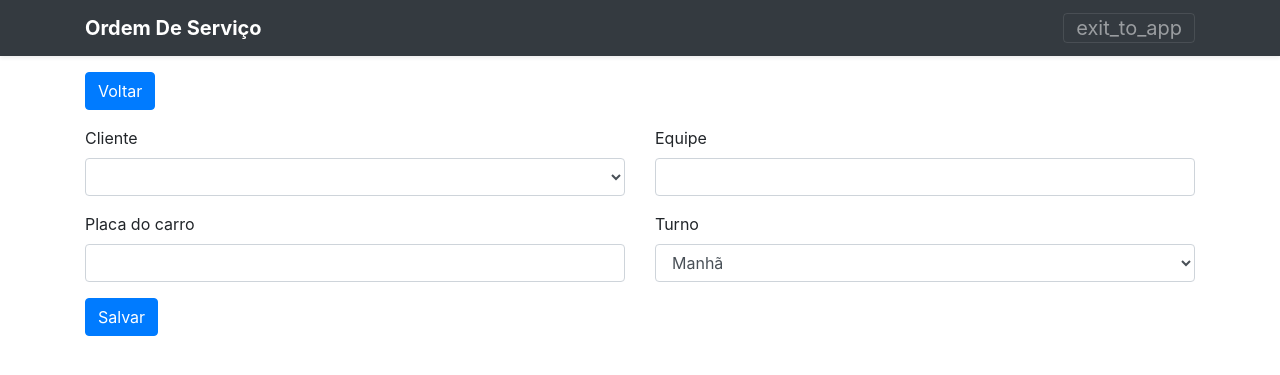
Repository: rodrigogermano/PGPARQ01C1.2N.P1.JAVA
Page: http://localhost/AppManutencaoWEB/WEB-INF/jsp/ordemdeservico/novo.jsp
An editor plug-in stored every save of this project. The page is shown before and after the next save, followed by the edit.
The browser window is 1280 px wide. The pictures show the whole page.
The page is served by Tomcat 9. Nobody is signed in. Other server files are loaded and not shown. The template is opened directly, without the code that normally fills it, so the values that code supplies are empty.

Above is the page before, as saved 2020-04-12 23:02:04.

### AppManutencaoWEB/AppManutencaoWEB/src/main/webapp/WEB-INF/jsp/ordemdeservico/novo.jsp
<%@ page language="java" contentType="text/html; charset=ISO-8859-1"
    pageEncoding="ISO-8859-1"%>
<%@ taglib prefix="spring" uri="http://www.springframework.org/tags"%>
<%@ taglib prefix='c' uri='http://java.sun.com/jsp/jstl/core' %>

<jsp:include page='../master/header.jsp'></jsp:include>
<jsp:include page='../master/menu.jsp'></jsp:include>

<div class="container mt-3">

	<div class="btn-toolbar" role="toolbar" aria-label="Toolbar with button groups">
		<a href="/home">
			<div class="btn-group mb-3" role="group" aria-label="Third group">
		    	<button type="button" class="btn btn-primary">Voltar</button>
		  	</div>
	  	</a>
	</div>

	<form method="post" action="solicitacao">

		<div class="row">
			<div class="col-6">
				<div class="form-group">
			    	<label>Cliente</label>
			    	<select class="form-control" name="cliente.id">
					    <c:forEach var="cliente" items="${clientes}">
							<option value="${cliente.id}">${cliente.nome}</option>
						</c:forEach>
			    	</select>
			  	</div>
			</div>
			<div class="col-6">
				<div class="form-group">
			    	<label>Equipe</label>
			    	<input type="text" class="form-control" name="equipe">
			  	</div>
			</div>
		</div>

		<div class="row">
			<div class="col-6">
				<div class="form-group">
			    	<label>Placa do carro</label>
			    	<input type="text" class="form-control" name="placaDoCarro">
			  	</div>
			</div>
			<div class="col-6">
				<div class="form-group">
			    	<label>Turno</label>
			    	<select class="form-control" name="turno">
			    		<option value="1">Manhã</option>
			    		<option value="2">Tarde</option>
			    		<option value="3">Noite</option>
			    	</select>
			  	</div>
			</div>
		</div>

	  	<button type="submit" class="btn btn-primary">Salvar</button>
	</form>


</div>
<jsp:include page='../master/footer.jsp'></jsp:include>

### AppManutencaoWEB/AppManutencaoWEB/src/main/webapp/WEB-INF/jsp/master/header.jsp
<%@ page language="java" contentType="text/html; charset=ISO-8859-1"
    pageEncoding="ISO-8859-1"%>
<%@ taglib prefix="spring" uri="http://www.springframework.org/tags"%>

<spring:url var="img" value="/resources/images"/>
<spring:url var="css" value="/resources/css"/>

<!DOCTYPE html>
<html>
<head>
<meta charset="ISO-8859-1">
<meta name="viewport" content="width=device-width, initial-scale=1, shrink-to-fit=no">
<link rel="stylesheet" href="https://stackpath.bootstrapcdn.com/bootstrap/4.4.1/css/bootstrap.min.css" integrity="sha384-Vkoo8x4CGsO3+Hhxv8T/Q5PaXtkKtu6ug5TOeNV6gBiFeWPGFN9MuhOf23Q9Ifjh" crossorigin="anonymous">
<link href="https://fonts.googleapis.com/icon?family=Material+Icons"
      rel="stylesheet">
<link rel='shortcut icon' type='image/x-icon' href='${img}/favicon.ico' />
<title>Infnet - Ordem de serviço</title>
</head>
<body>

### AppManutencaoWEB/AppManutencaoWEB/src/main/webapp/WEB-INF/jsp/master/menu.jsp
<%@ page language="java" contentType="text/html; charset=ISO-8859-1"
    pageEncoding="ISO-8859-1"%>
<header>
  <div class="navbar navbar-dark bg-dark shadow-sm">
    <div class="container d-flex justify-content-between">
      <a href="/home" class="navbar-brand d-flex align-items-center">
        <strong>Ordem De Serviço</strong>
      </a>
      <a href="/login">
	      <button class="navbar-toggler" type="button">
	        <span class="material-icons">
				exit_to_app
			</span>
	      </button>
      </a>
    </div>
  </div>
</header>

### AppManutencaoWEB/AppManutencaoWEB/src/main/webapp/WEB-INF/jsp/master/footer.jsp
<%@ page language="java" contentType="text/html; charset=ISO-8859-1"
    pageEncoding="ISO-8859-1"%>
<%@ taglib prefix="spring" uri="http://www.springframework.org/tags"%>

<spring:url var="js" value="/resources/js"/>



<script src="${js}/jquery.min.js"></script>
<script src="${js}/popper.min.js"></script>
<script src="${js}/bootstrap.min.js"></script>
</body>
</html>

Loaded but not shown: AppManutencaoWEB/AppManutencaoWEB/src/main/resources/static/js/jquery.min.js (library); AppManutencaoWEB/AppManutencaoWEB/src/main/resources/static/js/popper.min.js (library); AppManutencaoWEB/AppManutencaoWEB/src/main/resources/static/js/bootstrap.min.js (library)

After the next save:
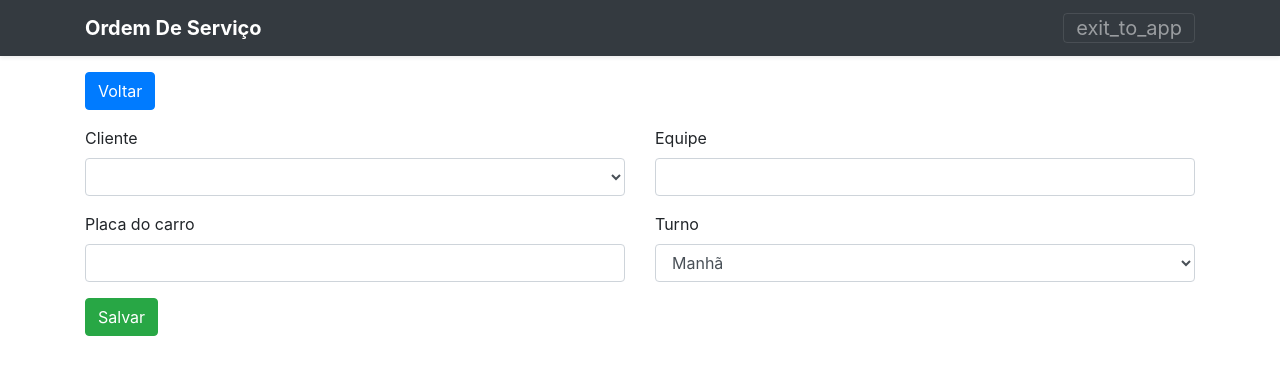
Saved 19 s later.
--- a/AppManutencaoWEB/AppManutencaoWEB/src/main/webapp/WEB-INF/jsp/ordemdeservico/novo.jsp
+++ b/AppManutencaoWEB/AppManutencaoWEB/src/main/webapp/WEB-INF/jsp/ordemdeservico/novo.jsp
@@ -56,7 +56,7 @@
 			</div>
 		</div>
 
-	  	<button type="submit" class="btn btn-primary">Salvar</button>
+	  	<button type="submit" class="btn btn-success">Salvar</button>
 	</form>
 
 
